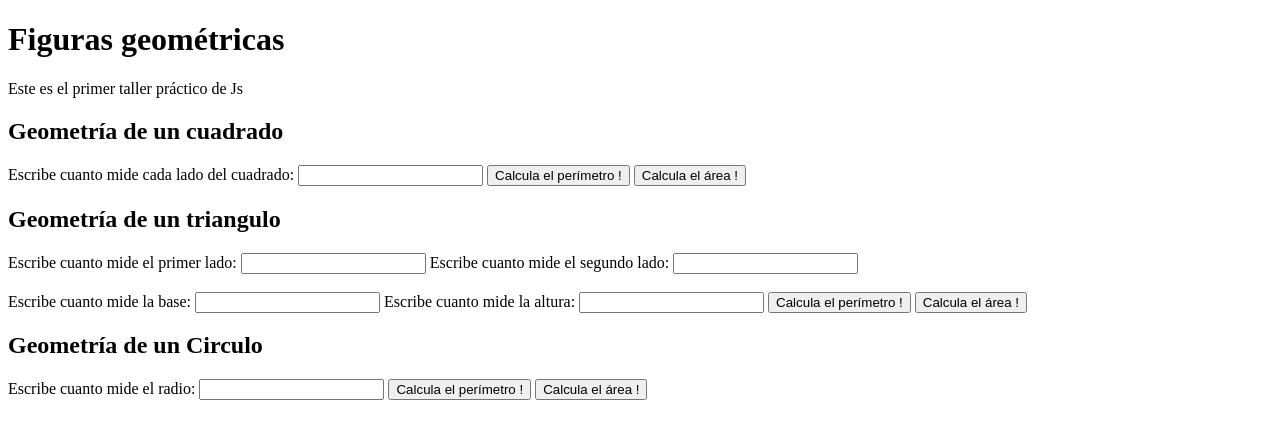
Repository: ChristianGecchelin/javascript-project
Page: javascript-project/figuras-geometricas/figuras.html
The author's editor kept a copy of each file at every save. The page is drawn from the files as they stood at one save, then again after the next save.
The browser window is 1280 px wide. The pictures show the whole page.

Above is the page before, as saved 2021-12-01 12:40:17.

### javascript-project/figuras-geometricas/figuras.html
<!DOCTYPE html>
<html lang="en">
  <head>
    <meta charset="UTF-8" />
    <meta http-equiv="X-UA-Compatible" content="IE=edge" />
    <meta name="viewport" content="width=device-width, initial-scale=1.0" />
    <title>Figuras geométricas | Proyecto 1</title>
  </head>
  <body>
    <header>
      <h1>Figuras geométricas</h1>
      <p>Este es el primer taller práctico de Js</p>
    </header>
    <section>
      <h2>Geometría de un cuadrado</h2>
      <form action="">
        <label for="">Escribe cuanto mide cada lado del cuadrado:</label>
        <input type="number" id="inputCuadrado" />
        <button type="button" onclick="calcularPerimetroCuadrado()">
          Calcula el perímetro !
        </button>
        <button type="button" onclick="calcularAreaCuadrado()">
          Calcula el área !
        </button>
        <!-- type button, para quitarle el submit por defecto y que no me redireccione a ningun lado -->
      </form>
    </section>
    <section>
      <h2>Geometría de un triangulo</h2>
      <form action="">
        <label for="">Escribe cuanto mide el primer lado:</label>
        <input type="number" id="inputLado1" />
        <label for="">Escribe cuanto mide el segundo lado:</label>
        <input type="number" id="inputLado2" /><br /><br />
        <label for="">Escribe cuanto mide la base:</label>
        <input type="number" id="inputBase" />
        <label for="">Escribe cuanto mide la altura:</label>
        <input type="number" id="inputAltura" />
        <button type="button" onclick="calcularPerimetroTriangulo()">
          Calcula el perímetro !
        </button>
        <button type="button" onclick="calcularAreaTriangulo()">
          Calcula el área !
        </button>
        <!-- type button, para quitarle el submit por defecto y que no me redireccione a ningun lado -->
      </form>
    </section>
    <section>
      <h2>Geometría de un Circulo</h2>
      <form action="">
        <label for="">Escribe cuanto mide el radio:</label>
        <input type="number" id="inputRadio" />
        <button type="button" onclick="calcularPerimetroCirculo()">
          Calcula el perímetro !
        </button>
        <button type="button" onclick="calcularAreaCirculo()">
          Calcula el área !
        </button>
        <!-- type button, para quitarle el submit por defecto y que no me redireccione a ningun lado -->
      </form>
    </section>
    <script src="./figurasConFunciones.js"></script>
  </body>
</html>

### javascript-project/figuras-geometricas/figurasConFunciones.js
/* Codigo del cuadrado */
console.group("Cuadrado");
function perimetroCuadrado(lado) {
  return lado * 4;
}
/* console.log(`Perimetro del cuadrado es: ${perimetroCuadrado} cm.`); */
function areaCuadrado(lado) {
  return (
    lado ** 2
  ); /* debe estar escrito de igual manera el parametro que el return */
}

/* console.log(`El area del cuadrado es: ${areaCuadrado} cm^2.`); */
console.groupEnd();

/* Codigo del triangulo */
console.group("Triangulo");

function perimetroTriangulo(lado1, lado2, base) {
  return lado1 + lado2 + base;
}
function areaTriangulo(base, altura) {
  return (base * altura) / 2;
}
console.groupEnd();

//Codigo Circulo
console.group("Circulo");
function diametroCirculo(radio) {
  return radio * 2;
}
const pi = Math.PI;
function circunferencia(radio) {
  const diametro = diametroCirculo(radio);
  /* llamo a una funcion dentro de otra y creo una variable que tiene alcance local */
  return diametro * pi;
}
function superficieCirculo(radio) {
  return pi * radio ** 2;
}

console.groupEnd();
/* Creo una funcion, que a traves del id obtengo lo que el usuario ingreso en el input. y con eso le saco el value que le paso
a la funcion que cree antes y es la encargada de hacer el calculo para luego mostrarse en un aler */
function calcularPerimetroCuadrado() {
  const input = document.getElementById("inputCuadrado");
  const value = input.value;
  const perimetro = perimetroCuadrado(value);
  alert(perimetro);
}
function calcularAreaCuadrado() {
  const input = document.getElementById("inputCuadrado");
  const value = input.value;
  const area = areaCuadrado(value);
  alert(area);
}

function calcularPerimetroTriangulo() {
  const inputLado1 = document.getElementById("inputLado1");
  const valueLado1 = inputLado1.value;
  const inputLado2 = document.getElementById("inputLado2");
  const valueLado2 = inputLado2.value;
  const inputBase = document.getElementById("inputBase");
  const valueBase = inputBase.value;
  const perimetro = perimetroTriangulo(valueLado1, valueLado2, valueBase);
  alert(perimetro);
}
function calcularAreaTriangulo() {
  const inputAltura = document.getElementById("inputAltura");
  const valueAltura = inputAltura.value;
  const inputBase = document.getElementById("inputBase");
  const valueBase = inputBase.value;
  console.log(typeof valueBase);
  const area = areaTriangulo(valueAltura, valueBase);
  alert(area);
}

After the next save:
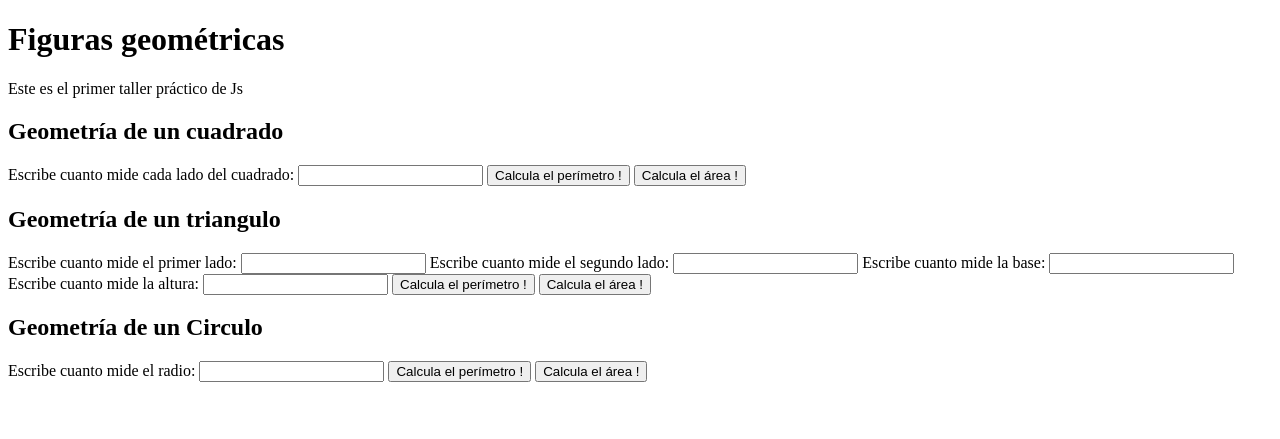
Saved 16 s later.
--- a/javascript-project/figuras-geometricas/figuras.html
+++ b/javascript-project/figuras-geometricas/figuras.html
@@ -31,7 +31,7 @@
         <label for="">Escribe cuanto mide el primer lado:</label>
         <input type="number" id="inputLado1" />
         <label for="">Escribe cuanto mide el segundo lado:</label>
-        <input type="number" id="inputLado2" /><br /><br />
+        <input type="number" id="inputLado2" />
         <label for="">Escribe cuanto mide la base:</label>
         <input type="number" id="inputBase" />
         <label for="">Escribe cuanto mide la altura:</label>
